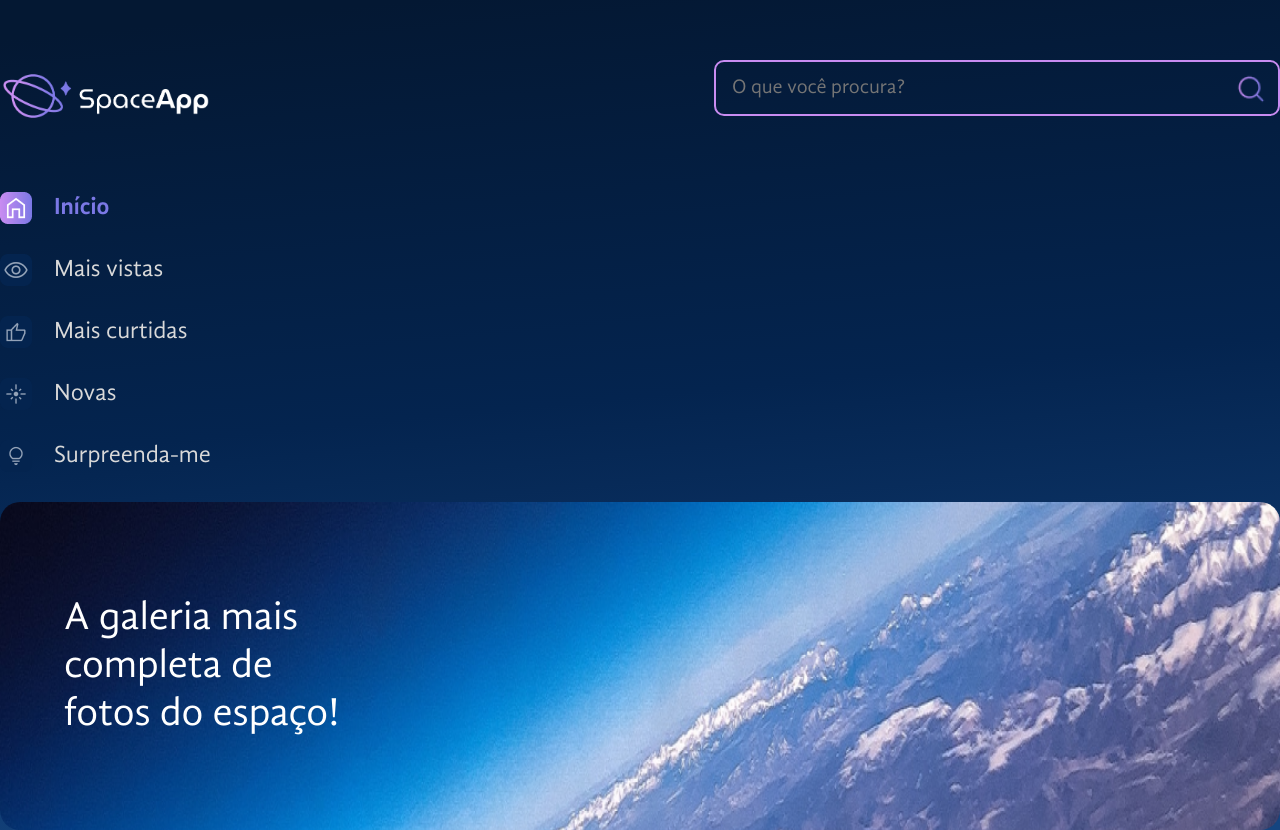
Repository: humbertobrasileiro/space-app
Page: /
An editor plug-in stored every save of this project. The page is shown before and after the next save, followed by the edit.
The browser window is 1280 px wide. The pictures show the whole page.
The project was rebuilt for these pictures with package versions that can differ from the ones it lists, and the page was loaded fresh each time. Also part of the build but not shown: vite.config.js.

Above is the page before, as saved 2025-03-05 15:09:56.

### src/App.jsx
import { styled } from 'styled-components'
import EstilosGlobais from './componentes/EstilosGlobais'
import Cabecalho from './componentes/Cabecalho'
import BarraLateral from './componentes/BarraLateral'
import Banner from './componentes/Banner'
import bannerBackground from './assets/banner.png'

const FundoGradiente = styled.div`
  background: linear-gradient(174.61deg, #041833 4.16%, #04244F 48%, #154580 96.76%);
  width: 100%;
  min-height: 100vh;
`

function App() {

  return (
    <FundoGradiente>
      <EstilosGlobais />
      <Cabecalho />
      <BarraLateral />
      <Banner
        texto="A galeria mais completa de fotos do espaço!"
        backgroundImage={bannerBackground}
      />
    </FundoGradiente>
  )
}

export default App

### src/componentes/EstilosGlobais/index.jsx
import { createGlobalStyle } from 'styled-components'

import GandhiSansRegular from './fontes/GandhiSans-Regular.otf'
import GandhiSansBold from './fontes/GandhiSans-Bold.otf'

const EstilosGlobais = createGlobalStyle`
@font-face {
  font-family: 'GandhiSansRegular';
  src: local('Gandhi Sans Regular'), local('GandhiSansRegular'), url(${GandhiSansRegular});
}
@font-face {
  font-family: 'GandhiSansBold';
  src: local('Gandhi Sans Bold'), local('GandhiSansBold'), url(${GandhiSansBold});
}
html {
  line-height: 1.15;
  -webkit-text-size-adjust: 100%;
  font-family: GandhiSansRegular;
}
body {
  margin: 0;
  min-height: 100vh;
}
main {
  display: block;
}
h1 {
  font-size: 2em;
  margin: 0.67em 0;
}
hr {
  box-sizing: content-box;
  height: 0;
  overflow: visible;
}
a {
  background-color: transparent;
}
abbr[title] {
  border-bottom: none;
  text-decoration: underline;
  text-decoration: underline dotted;
}
b,
strong {
  font-weight: bolder;
}
code,
kbd,
samp {
  font-family: monospace, monospace;
  font-size: 1em;
}
small {
  font-size: 80%;
}
sub,
sup {
  font-size: 75%;
  line-height: 0;
  position: relative;
  vertical-align: baseline;
}
sub {
  bottom: -0.25em;
}
sup {
  top: -0.5em;
}
img {
  border-style: none;
}
button,
input,
optgroup,
select,
textarea {
  font-family: inherit;
  font-size: 100%;
  line-height: 1.15;
  margin: 0;
}
button,
input {
  overflow: visible;
}
button,
select {
  text-transform: none;
}
button,
[type="button"],
[type="reset"],
[type="submit"] {
  -webkit-appearance: button;
}
button::-moz-focus-inner,
[type="button"]::-moz-focus-inner,
[type="reset"]::-moz-focus-inner,
[type="submit"]::-moz-focus-inner {
  border-style: none;
  padding: 0;
}
button:-moz-focusring,
[type="button"]:-moz-focusring,
[type="reset"]:-moz-focusring,
[type="submit"]:-moz-focusring {
  outline: 1px dotted ButtonText;
}
fieldset {
  padding: 0.35em 0.75em 0.625em;
}
legend {
  box-sizing: border-box;
  color: inherit;
  display: table;
  max-width: 100%;
  padding: 0;
  white-space: normal;
}
progress {
  vertical-align: baseline;
}
textarea {
  overflow: auto;
}
[type="checkbox"],
[type="radio"] {
  box-sizing: border-box;
  padding: 0;
}
[type="number"]::-webkit-inner-spin-button,
[type="number"]::-webkit-outer-spin-button {
  height: auto;
}
[type="search"] {
  -webkit-appearance: textfield;
  outline-offset: -2px;
}
[type="search"]::-webkit-search-decoration {
  -webkit-appearance: none;
}
::-webkit-file-upload-button {
  -webkit-appearance: button;
  font: inherit;
}
details {
  display: block;
}
summary {
  display: list-item;
}
template {
  display: none;
}
[hidden] {
  display: none;
}
`

export default EstilosGlobais

### src/componentes/Cabecalho/index.jsx
import styled from 'styled-components'
import CampoTexto from '../CampoTexto'

const HeaderEstilizado = styled.header`
  padding: 60px 0;
  display: flex;
  justify-content: space-between;

  img {
    max-width: 212px;
  }
`

const Cabecalho = () => {
  return (
    <HeaderEstilizado>
      <img src="/imagens/logo.png" alt="logo da página" />
      <CampoTexto />
    </HeaderEstilizado>
  )
}

export default Cabecalho

### src/componentes/BarraLateral/index.jsx
import styled from 'styled-components'
import ItemNavegacao from './ItemNavegacao'

const ListaEstilizada = styled.ul`
  list-style: none;
  padding: 0;
  margin: 0;
  width: 212px;
`

const BarraLateral = () => {
  return (
    <aside>
      <nav>
        <ListaEstilizada>

          <ItemNavegacao
            iconeAtivo="/icones/home-ativo.png"
            iconeInativo="/icones/home-inativo.png"
            ativo={true}
          >
            Início
          </ItemNavegacao>

          <ItemNavegacao
            iconeAtivo="/icones/mais-vistas-ativo.png"
            iconeInativo="/icones/mais-vistas-inativo.png"
          >
            Mais vistas
          </ItemNavegacao>

          <ItemNavegacao
            iconeAtivo="/icones/mais-curtidas-ativo.png"
            iconeInativo="/icones/mais-curtidas-inativo.png"
          >
            Mais curtidas
          </ItemNavegacao>

          <ItemNavegacao
            iconeAtivo="/icones/novas-ativo.png"
            iconeInativo="/icones/novas-inativo.png"
          >
            Novas
          </ItemNavegacao>

          <ItemNavegacao
            iconeAtivo="/icones/surpreenda-me-ativo.png"
            iconeInativo="/icones/surpreenda-me-inativo.png"
          >
            Surpreenda-me
          </ItemNavegacao>

        </ListaEstilizada>
      </nav>
    </aside>
  )
}

export default BarraLateral

### src/componentes/Banner/index.jsx
/* eslint-disable react/prop-types */
import { styled } from "styled-components"

const FigureEstilizada = styled.figure`
    background-image: ${props => `url(${props.$backgroundImage})`};
    flex-grow: 1;
    background-repeat: no-repeat;
    display: flex;
    align-items: center;
    min-height: 328px;
    margin: 0;
    border-radius: 20px;
    max-width: 100%;
    background-size: cover;
`

const TituloEstilizado = styled.h1`
    font-weight: 400;
    font-size: 40px;
    line-height: 48px;
    color: #FFFFFF;
    max-width: 300px;
    padding: 0 64px;
`

const Banner = ({texto, backgroundImage}) => {
    return (<FigureEstilizada $backgroundImage={backgroundImage}>
        <TituloEstilizado>{texto}</TituloEstilizado>
    </FigureEstilizada>)
}

export default Banner

### src/componentes/CampoTexto/index.jsx
import { styled } from "styled-components"
import search from './search.png'

const ContainerEstilizado = styled.div`
    position: relative;
    display: inline-block;
`;

const CampoTextoEstilizado = styled.input`
    height: 56px;
    padding: 12px 16px;
    border-radius: 10px;
    border: 2px solid;
    border-color: #C98CF1;
    background: transparent;
    box-sizing: border-box;
    width: 566px;
    color: #D9D9D9;
    font-weight: 400;
    font-size: 20px;
    line-height: 20px;
`

const IconeLupa = styled.img`
    position: absolute;
    top: 10px;
    right: 10px;
    width: 38px;
    height: 38px;
`;

const CampoTexto = (props) => {
    return (
        <ContainerEstilizado>
            <CampoTextoEstilizado placeholder="O que você procura?" {...props} />
            <IconeLupa src={search} alt="ícone de lupa" />
        </ContainerEstilizado>
    )
}

export default CampoTexto

### src/componentes/BarraLateral/ItemNavegacao/index.jsx
import styled from 'styled-components'

const ItemListaEstilizado = styled.li`
  font-size: 24px;
  line-height: 29px;
  margin-bottom: 30px;
  cursor: pointer;
  color: ${ props => props.$ativo ? '#7B78E5' : '#D9D9D9'};
  font-family: ${ props => props.$ativo ? 'GandhiSansBold' : 'GandhiSansRegular'};
  display: flex;
  align-items: center;
  gap: 22px;
`

// eslint-disable-next-line react/prop-types
const ItemNavegacao = ({ children, iconeAtivo, iconeInativo, ativo = false }) => {
  return (
    <ItemListaEstilizado $ativo={ativo}>
      <img src={ativo ? iconeAtivo : iconeInativo } alt="" />
      {children}
    </ItemListaEstilizado>
  )
}

export default ItemNavegacao

Loaded but not shown: index.html (common file); src/main.jsx (common file)

After the next save:
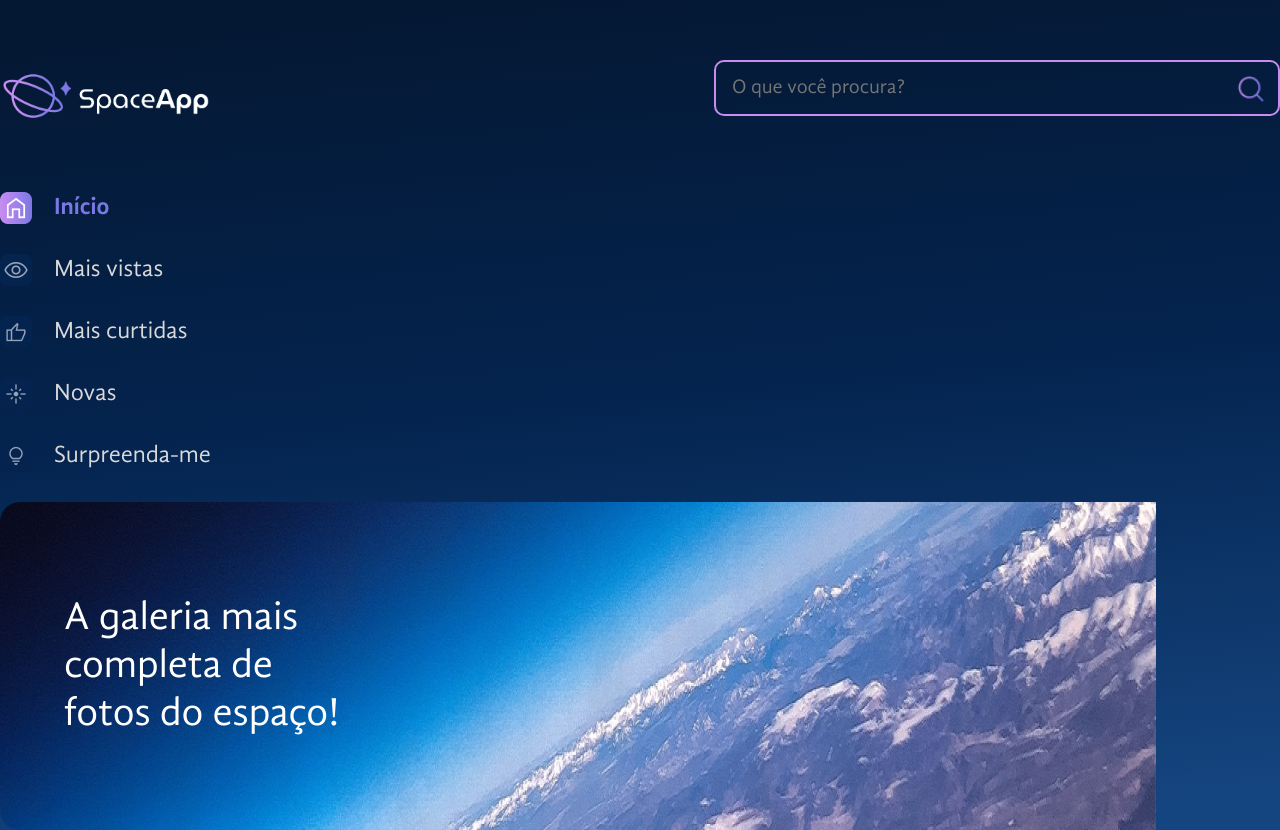
Saved 4 min 2 s later.
--- a/src/componentes/Banner/index.jsx
+++ b/src/componentes/Banner/index.jsx
@@ -1,4 +1,3 @@
-/* eslint-disable react/prop-types */
 import { styled } from "styled-components"
 
 const FigureEstilizada = styled.figure`
@@ -11,7 +10,6 @@ const FigureEstilizada = styled.figure`
     margin: 0;
     border-radius: 20px;
     max-width: 100%;
-    background-size: cover;
 `
 
 const TituloEstilizado = styled.h1`
@@ -23,6 +21,7 @@ const TituloEstilizado = styled.h1`
     padding: 0 64px;
 `
 
+// eslint-disable-next-line react/prop-types
 const Banner = ({texto, backgroundImage}) => {
     return (<FigureEstilizada $backgroundImage={backgroundImage}>
         <TituloEstilizado>{texto}</TituloEstilizado>
